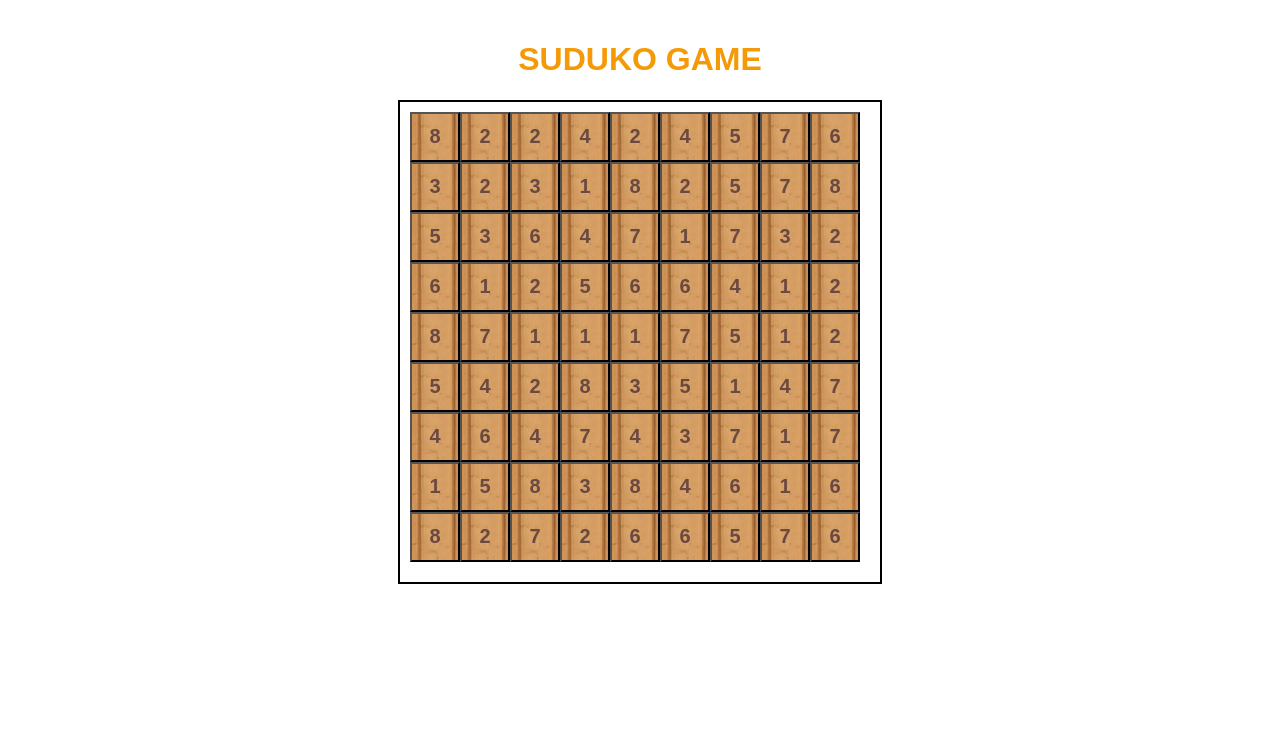
Repository: ahmad8969/Suduko-Game-React-App
Page: /
The author's editor kept a copy of each file at every save. The page is drawn from the files as they stood at one save, then again after the next save.
The browser window is 1280 px wide. The pictures show the whole page.
Some web fonts or font styles are not loaded; a fallback is used. The project was rebuilt for these pictures with package versions that can differ from the ones it lists, and the page was loaded fresh each time.

Above is the page before, as saved 2021-03-04 15:37:02.

### src/index.js
import React from 'react';
import ReactDOM from 'react-dom';
import './index.css';
import Board from './board';
import reportWebVitals from './reportWebVitals';

ReactDOM.render(
  <React.StrictMode>
    <Board />
  </React.StrictMode>,
  document.getElementById('root')
);

// If you want to start measuring performance in your app, pass a function
// to log results (for example: reportWebVitals(console.log))
// or send to an analytics endpoint. Learn more: https://bit.ly/CRA-vitals
reportWebVitals();

### src/board.js
import React  from 'react';   //{useState}
import './App.css';
import Block from './components/block'
import NineBlock from './components/nineBlockComponent';


function Board () {
  const nine_block_Element_into_Nine = [1,2,3,4,5,6,7,8,9];
  const single_block_Into_Nine = [1,2,3,4,5,6,7,8,9];

  const Click = (idOfSpecificButton,i,j,e) =>{
    console.log(e.target.value)
    document.getElementById(idOfSpecificButton).style.color="green"
    XaxisSelection(i);
    YaxisSelection(j);
    DiagonalSelectionUpward(idOfSpecificButton);
    DiagonalSelectionDownward(idOfSpecificButton);
    DiagonalSelectionDownwardLeftDown(idOfSpecificButton);
    DiagonalSelectionUpwardLeftUp(idOfSpecificButton);
  }
  const XaxisSelection = (i)=>{
    for(let xAxis= 0; xAxis<=8; xAxis++){
      let creatId= i+ xAxis;
      document.getElementById(creatId).style.color="green"
    }
  }

  const YaxisSelection = (i)=> {
    for(let xAxis1= 0; xAxis1<=8; xAxis1++){
      let creatId=  xAxis1 +i;

      document.getElementById(creatId).style.color="yellow"
    }
  }

  const DiagonalSelectionUpward = (selectedId)=>{
  let array_of_length= nine_block_Element_into_Nine.length;
  console.log(array_of_length);
  console.log(typeof(array_of_length));
  let get_the_id_of_current_box= parseInt(selectedId);
  console.log(get_the_id_of_current_box);
    for(let hello=get_the_id_of_current_box; hello>=0; hello-=array_of_length){
      if(hello<=9){
        var concatination = 0+`${hello}`;
        document.getElementById(concatination).style.color="red";
      } else if(hello==19 || hello==29 || hello==39 || hello==49 || hello==59 || hello==69 || hello==79){
        return;
      }
      else{
        document.getElementById(hello).style.color="red";
      }

    }
  }
        const DiagonalSelectionUpwardLeftUp = (selectedId)=>{
          let array_of_length= 2 + nine_block_Element_into_Nine.length;
          console.log(array_of_length);
          console.log(typeof(array_of_length));
          let get_the_id_of_current_box= parseInt(selectedId);
          console.log(get_the_id_of_current_box);
            for(let hello=get_the_id_of_current_box; hello>=0; hello-=array_of_length){
              if(hello<=9){
                var concatination = 0+`${hello}`;
                document.getElementById(concatination).style.color="indigo";
                return;

              } else if( hello==9 || hello==19 || hello==29 || hello==39 || hello==49 || hello==59 || hello==69 || hello==79){
                return;
              }
              else{
                document.getElementById(hello).style.color="indigo";
              }

            }
          }


        const DiagonalSelectionDownward= (selectedId)=>{
          let array_of_length= nine_block_Element_into_Nine.length;
          console.log(array_of_length);
          console.log(typeof(array_of_length));
          let get_the_id_of_current_box= parseInt(selectedId);
          console.log(get_the_id_of_current_box);
    for(let hello=get_the_id_of_current_box; hello<=88; hello+=array_of_length){
      if(hello==0){
        return;
      }
      else if(hello<=9){
        var concatination = 0+`${hello}`;
        document.getElementById(concatination).style.color="pink";
      } else if(hello==19 || hello==29 || hello==39 || hello==49 || hello==59 || hello==69 || hello==79){
        return;
      }
      else{
        document.getElementById(hello).style.color="pink";
      }

    }
        }
        const DiagonalSelectionDownwardLeftDown= (selectedId)=>{
          let array_of_length= 2 +  nine_block_Element_into_Nine.length;
  console.log(array_of_length);
  console.log(typeof(array_of_length));
  let get_the_id_of_current_box= parseInt(selectedId);
  console.log(get_the_id_of_current_box);
    for(let hello=get_the_id_of_current_box; hello<=88; hello+=array_of_length){
      if(hello==0){
        return;
      }
      else if(hello<=9){
        var concatination = 0+`${hello}`;
        document.getElementById(concatination).style.color="blue";
      } else if(hello==19 || hello==29 || hello==39 || hello==49 || hello==59 || hello==69 || hello==79){
        return;
      }
      else{
        document.getElementById(hello).style.color="blue";
      }

    }
        }
        const gettingRandomNumber = () => {
          let random = Math.floor(Math.random() * (49 - 57)) + 57;
          const character = String.fromCharCode(random);
          return character;
        }



  return (

    <div className="App">
    <h1>SUDUKO GAME </h1>
    <div className="board_nine_block_Style">
    {nine_block_Element_into_Nine.map((s,i)=>{
      return(
      <div>
      <NineBlock id={i}>
        {single_block_Into_Nine.map((s,j)=>


          <Block rowId={i} value={gettingRandomNumber()} click={(e)=>{Click(`${i}${j}`,`${i}`,`${j}`,e)}} colId={j} keys={`${i}${j}`}></Block>

        )}

      </NineBlock>
      </div>
      )
    })
    }
    </div>
    </div>
  );
}

export default Board;

### src/App.css
@import url('http://fonts.cdnfonts.com/css/game');
.App {
  text-align: center;
  /* background-image: url('images/download.jpg'); */
  color:rgb(245, 154, 7);
  padding-top:20px;
  font-family: 'GAME', sans-serif;
  /* display: flex; */
   height: 100vh !important;
  /* width: 490px !important; */
  margin: 0 auto;

}

.board_nine_block_Style{
  height: 460px !important;
  width: 460px !important;
  border:2px solid black !important;
  padding: 10px;
  margin:  auto !important;
  /* display: flex; */
  /* grid-column-gap: 0px !important;
  grid-row-gap: 0px !important;
  grid-template-columns:repeat(3,1fr)!important; */
}
.heading{
  color: white;
  text-align:center;
  padding-top:50px!important;
  /* margin-top: 10px!important; */
  font-size: 30px;

}


/* @keyframes App-logo-spin {
  from {
    transform: rotate(0deg);
  }
  to {
    transform: rotate(360deg);
  }
} */

### src/components/block.js
import React from 'react';
import './block.css'


const Block = (props)=>{
    var uniqueId = `${props.rowId}`+ `${props.colId}` ;
return(
    <div className="button_block">
    <button id={props.keys} onClick={props.click} value={props.value}> {props.value}</button>
    </div>

)
}

export default Block;

### src/components/nineBlockComponent.js
import React from 'react';
import Block from './block'
import './block.css'

const NineBlockBox = (props) =>{

    return (
        <div className="nine_block_Style">
            {props.children}
        </div>
    )
}
export default NineBlockBox;




// {single_block_Into_Nine.map((s,i)=>{
//     let random = Math.floor(Math.random() * (49 - 57)) + 57;
//     const character = String.fromCharCode(random);

//   return(
//     <div>
//       {/* <Block keyId={i} boardId={props.id}  number={character}/> */}
//       {props.children}
//       </div>
//   )
//   })}

### src/components/block.css
.button_block button{
    height: 50px !important;
    width: 50px !important;
    background-image: url('../images/wood.jpg');
    /* background-color: aquamarine !important; */
    margin: 0!important;
    font-size: 20px!important;
    font-weight:600;
    /* color:rgb(109,84,62); */
    color: #6a4940;
}
.nine_block_Style{
    /* height: 150px !important;
    width: 150px !important; */
    /* border:2px solid rgb(245, 154, 7) !important; */
    display: flex;
    /* margin: auto!important; */

    /* grid-template-columns:repeat(3,1fr)!important;
    grid-column-gap: 0px !important;
    grid-row-gap: 0px !important; */
}
.button_block1{
    height: 40px !important;
    width: 40px !important;
    /* background-image: url('../images/wood.jpg'); */
    /* background-color: aquamarine !important; */
    margin: 0!important;
    font-size: 20px!important;
    font-weight:600;
    /* border:2px solid black; */
    /* color:rgb(109,84,62); */
    color: #6a4940;
}

Loaded but not shown: public/index.html (common file); src/index.css (common file); src/reportWebVitals.js (common file)

After the next save:
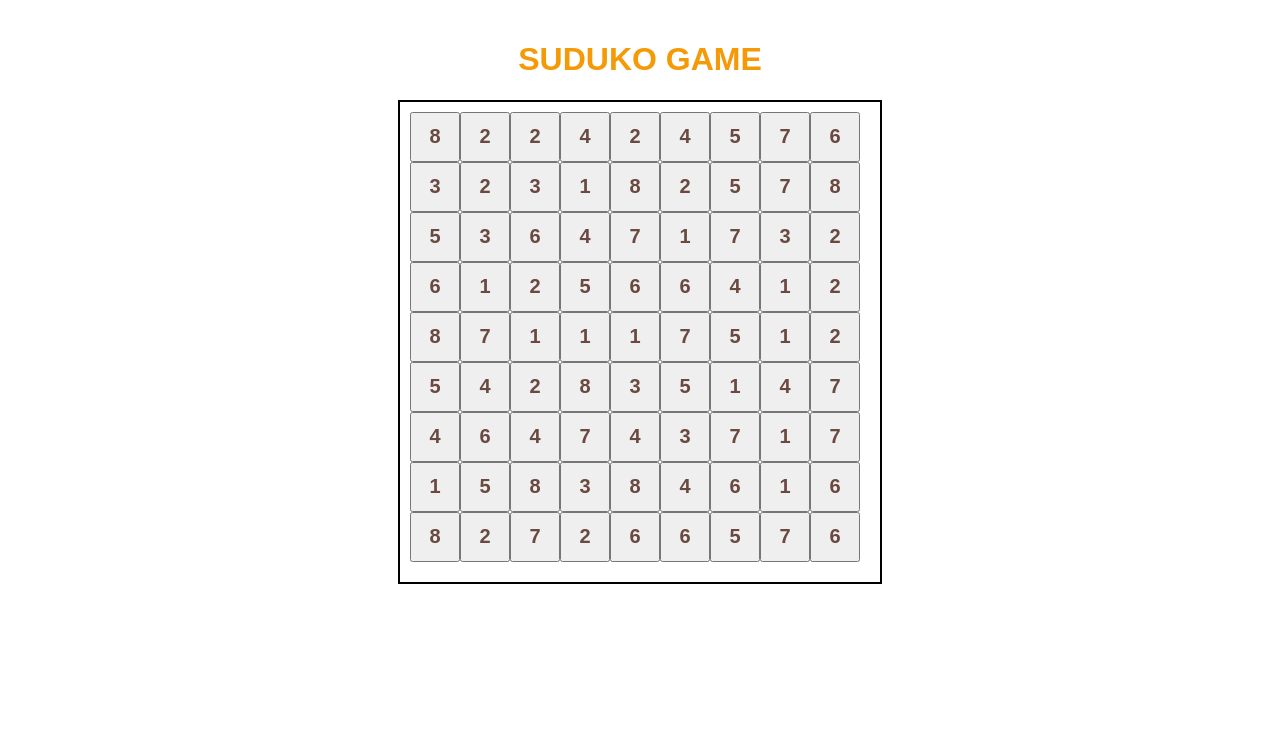
Saved 40 s later.
--- a/src/components/block.css
+++ b/src/components/block.css
@@ -1,7 +1,7 @@
 .button_block button{
     height: 50px !important;
     width: 50px !important;
-    background-image: url('../images/wood.jpg');
+    /* background-image: url('../images/wood.jpg'); */
     /* background-color: aquamarine !important; */
     margin: 0!important;
     font-size: 20px!important;
